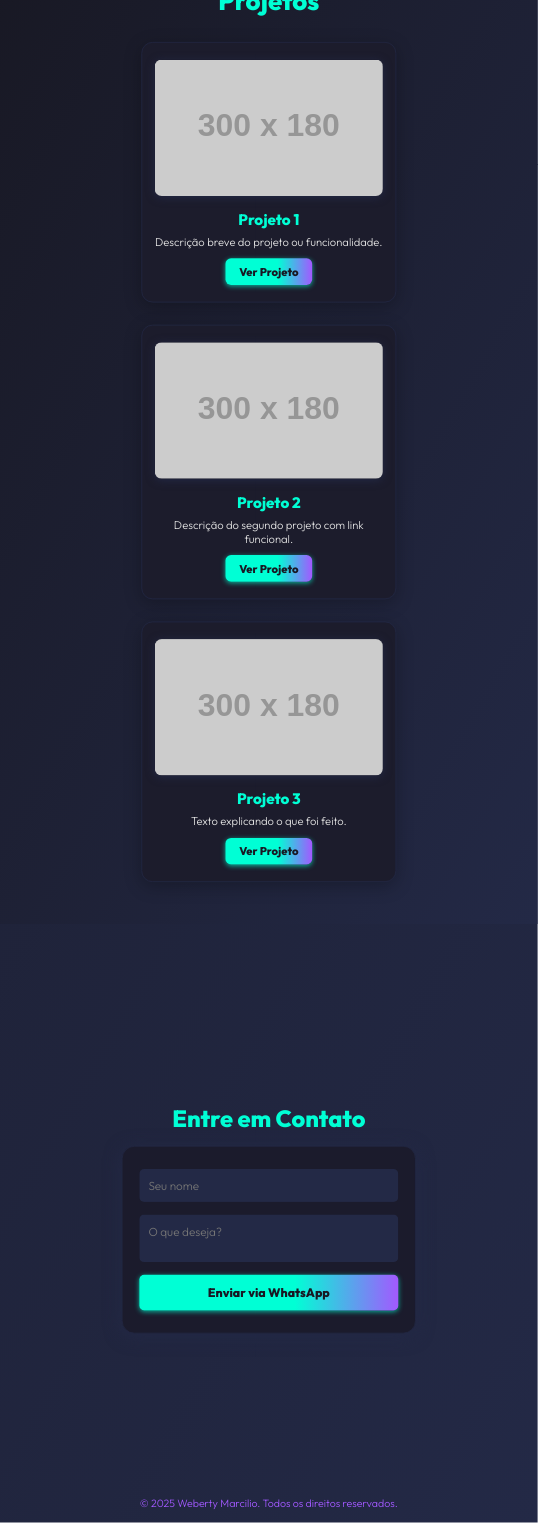
Repository: Wbyh7z/meu-portfolio
Page: src/index.html
The author's editor kept a copy of each file at every save. The page is drawn from the files as they stood at one save, then again after the next save.
The browser window is 768 px wide. The pictures show the part of the page from y = 2750 to 4990 px (the page is 4925 px tall before and 4990 px after), at 70% of full size.

Above is the page before, as saved 2025-08-11 00:14:28.

### src/index.html
<!DOCTYPE html>
<html lang="pt-br">
<head>
  <meta charset="UTF-8" />
  <meta name="viewport" content="width=device-width, initial-scale=1.0"/>
  <title>Portfólio - Freelancer Metzad</title>
  <meta name="description" content="Portfólio de Weberty Marcilio, desenvolvedor front-end. Veja projetos, habilidades e entre em contato.">
  <link rel="icon" href="../img/IMG_1729.JPG" type="image/jpeg">
  <link rel="stylesheet" href="style.css" />
  <link href="https://fonts.googleapis.com/css2?family=Outfit:wght@300;600;800&display=swap" rel="stylesheet">
</head>
<body>
  <nav class="navbar">
    <div class="menu-toggle" id="menu-toggle" aria-label="Abrir menu" tabindex="0">
      <span></span>
      <span></span>
      <span></span>
    </div>
    <ul id="nav-list">
      <li><a href="#inicio" class="active" aria-label="Ir para início">Início</a></li>
      <li><a href="#sobre" aria-label="Ir para sobre mim">Sobre Mim</a></li>
      <li><a href="#habilidades" aria-label="Ir para habilidades">Habilidades</a></li>
      <li><a href="#projetos" aria-label="Ir para projetos">Projetos</a></li>
      <li><a href="#contato" aria-label="Ir para contato">Contato</a></li>
    </ul>
  </nav>

  <section id="inicio" class="inicio">
    <div class="container">
      <img src="../img/IMG_1729.JPG" alt="Foto de Weberty Marcilio" class="foto" />
      <h1 class="nome">Weberty Marcilio</h1>
      <p class="profissao">Desenvolvedor Front-End</p>
    </div>
  </section>

  <section id="sobre" class="sobre">
    <div class="glass-box">
      <h2>Sobre Mim</h2>
      <p>
        Sou um desenvolvedor front-end apaixonado por criar interfaces bonitas, responsivas e modernas.
        Gosto de transformar ideias em código com atenção aos detalhes e uma boa dose de criatividade.
      </p>
    </div>
  </section>

  <section id="habilidades" class="habilidades">
    <h2>Habilidades</h2>
    <div class="skills">
      <span>HTML</span>
      <span>CSS</span>
      <span>JavaScript</span>
      <span>React</span>
      <span>Figma</span>
      <span>JQuery</span>
      <span>Bootstrap</span>
      <span>ES6+</span>
      <span>Vue.js</span>
      <span>Angular</span>
      <span>TypeScript</span>
      <span>Python</span>
    </div>
  </section>

  <section id="projetos">
    <h2>Projetos</h2>
    <div class="projetos-container">
      <div class="projeto">
        <img src="https://via.placeholder.com/300x180" alt="Imagem do Projeto 1">
        <h3>Projeto 1</h3>
        <p>Descrição breve do projeto ou funcionalidade.</p>
        <a href="https://github.com/seuusuario/projeto1" target="_blank" rel="noopener">Ver Projeto</a>
      </div>
      <div class="projeto">
        <img src="https://via.placeholder.com/300x180" alt="Imagem do Projeto 2">
        <h3>Projeto 2</h3>
        <p>Descrição do segundo projeto com link funcional.</p>
        <a href="https://github.com/seuusuario/projeto2" target="_blank" rel="noopener">Ver Projeto</a>
      </div>
      <div class="projeto">
        <img src="https://via.placeholder.com/300x180" alt="Imagem do Projeto 3">
        <h3>Projeto 3</h3>
        <p>Texto explicando o que foi feito.</p>
        <a href="https://github.com/seuusuario/projeto3" target="_blank" rel="noopener">Ver Projeto</a>
      </div>
    </div>
  </section>

  <section id="contato" class="contato">
    <h2>Entre em Contato</h2>
    <form class="formulario-contato" onsubmit="EnviarWhatsApp(event)">
      <label for="nome" style="display:none;">Nome</label>
      <input type="text" id="nome" placeholder="Seu nome" required>
      <label for="mensagem" style="display:none;">Mensagem</label>
      <textarea id="mensagem" placeholder="O que deseja?" required></textarea>
      <button type="submit">Enviar via WhatsApp</button>
      <div id="msg-sucesso" style="display:none;color:#00ffd5;margin-top:10px;font-weight:bold;">
        Mensagem enviada pelo WhatsApp!
      </div>
    </form>
  </section>

  <footer style="text-align:center;padding:18px 0;color:#a259ff;font-size:0.95rem;">
    © 2025 Weberty Marcilio. Todos os direitos reservados.
  </footer>

  <script>
    // Menu mobile
    const menuToggle = document.getElementById('menu-toggle');
    const navList = document.getElementById('nav-list');
    menuToggle.addEventListener('click', () => {
      navList.classList.toggle('open');
    });
    menuToggle.addEventListener('keypress', (e) => {
      if (e.key === 'Enter') navList.classList.toggle('open');
    });

    // Navbar ativo
    const links = document.querySelectorAll('.navbar a');
    links.forEach(link => {
      link.addEventListener('click', function() {
        links.forEach(l => l.classList.remove('active'));
        this.classList.add('active');
        if(window.innerWidth <= 768) navList.classList.remove('open');
      });
    });

    // WhatsApp com feedback visual
    function EnviarWhatsApp(event) {
      event.preventDefault();
      const nome = document.getElementById("nome").value;
      const mensagem = document.getElementById("mensagem").value;
      const telefone = "5563992388347";
      const texto = `Olá, meu nome é ${nome}, ${mensagem}`;
      const msgFormatada = encodeURIComponent(texto);
      const url = `https://wa.me/${telefone}?text=${msgFormatada}`;
      window.open(url, "_blank");
      document.getElementById("msg-sucesso").style.display = "block";
      setTimeout(() => {
        document.getElementById("msg-sucesso").style.display = "none";
      }, 3000);
    }
  </script>
</body>
</html>

### src/style.css
* {
  margin: 0;
  padding: 0;
  box-sizing: border-box;
  font-family: 'Outfit', sans-serif;
}

body {
  min-height: 100vh;
  background: linear-gradient(120deg, #181823 0%, #232946 100%);
  color: #fff;
  scroll-behavior: smooth;
  position: relative;
  overflow-x: hidden;
}

/* ANIMAÇÃO DE FUNDO */
body::before {
  content: "";
  position: fixed;
  top: -100px;
  left: -100px;
  width: 120vw;
  height: 120vh;
  background: radial-gradient(circle at 20% 20%, #00ffd5 0%, transparent 60%),
              radial-gradient(circle at 80% 80%, #a259ff 0%, transparent 60%);
  opacity: 0.08;
  z-index: 0;
  pointer-events: none;
}

/* NAVBAR */
.navbar {
  position: fixed;
  top: 0;
  width: 100%;
  background: rgba(17, 17, 17, 0.95);
  display: flex;
  justify-content: center;
  z-index: 1000;
  box-shadow: 0 2px 16px rgba(0,0,0,0.4);
  transition: background 0.3s;
}

.navbar ul {
  display: flex;
  list-style: none;
  padding: 1rem 2rem;
  gap: 2.5rem;
}

.navbar a {
  color: #fff;
  text-decoration: none;
  font-weight: 600;
  font-size: 1.1rem;
  letter-spacing: 1px;
  padding: 8px 18px;
  border-radius: 8px;
  transition: color 0.3s, background 0.3s;
}

.navbar a:hover,
.navbar a.active {
  color: #181823;
  background: #00ffd5;
}

/* MENU HAMBURGUER MOBILE */
.menu-toggle {
  display: none;
  flex-direction: column;
  justify-content: center;
  cursor: pointer;
  margin-left: 1rem;
}

.menu-toggle span {
  width: 28px;
  height: 3px;
  background: #fff;
  margin: 4px 0;
  border-radius: 2px;
  transition: 0.4s;
}

/* SECTIONS */
section {
  padding: 120px 20px 60px 20px;
  min-height: 100vh;
  display: flex;
  flex-direction: column;
  justify-content: center;
  align-items: center;
  text-align: center;
  position: relative;
  z-index: 1;
}

/* INÍCIO */
.inicio .foto {
  width: 170px;
  height: 170px;
  border-radius: 50%;
  object-fit: cover;
  border: 6px solid #00ffd5;
  box-shadow: 0 0 40px #00ffd5, 0 0 0 10px #232946;
  animation: float 3s ease-in-out infinite;
  margin-bottom: 18px;
}

@keyframes float {
  0% { transform: translateY(0);}
  50% { transform: translateY(-12px);}
  100% { transform: translateY(0);}
}

.inicio .nome {
  margin-top: 10px;
  font-size: 2.7rem;
  font-weight: 800;
  letter-spacing: 1px;
  color: #00ffd5;
  text-shadow: 0 2px 12px #181823;
}

.inicio .profissao {
  color: #a259ff;
  font-size: 1.3rem;
  margin-top: 8px;
  font-weight: 600;
  letter-spacing: 1px;
}

/* SOBRE */
.sobre .glass-box {
  background: rgba(255, 255, 255, 0.07);
  backdrop-filter: blur(12px);
  border-radius: 22px;
  padding: 48px 32px;
  box-shadow: 0 0 32px rgba(128, 0, 255, 0.25);
  max-width: 700px;
  width: 95%;
  border: 1.5px solid rgba(255, 255, 255, 0.13);
  margin-top: 24px;
  transition: box-shadow 0.4s, transform 0.4s;
}

.sobre .glass-box:hover {
  box-shadow: 0 0 48px rgba(170, 0, 255, 0.5);
  transform: scale(1.015);
}

.sobre .glass-box h2 {
  color: #00ffd5;
  margin-bottom: 18px;
  font-size: 2.1rem;
}

.sobre .glass-box p {
  font-size: 1.15rem;
  line-height: 1.7;
  color: #e0e0e0;
}

/* HABILIDADES */
.habilidades h2 {
  color: #00ffd5;
  font-size: 2.1rem;
  margin-bottom: 18px;
}

.skills {
  display: flex;
  flex-wrap: wrap;
  justify-content: center;
  margin-top: 18px;
  gap: 1rem;
}

.skills span {
  background: linear-gradient(90deg, #00ffd5 60%, #a259ff 100%);
  color: #181823;
  padding: 12px 26px;
  border-radius: 22px;
  font-weight: bold;
  font-size: 1.05rem;
  box-shadow: 0 2px 8px rgba(0,255,213,0.08);
  margin-bottom: 6px;
  transition: transform 0.2s, box-shadow 0.2s;
}

.skills span:hover {
  transform: scale(1.08) rotate(-2deg);
  box-shadow: 0 4px 16px #00ffd5;
}

/* PROJETOS */
#projetos {
  background: linear-gradient(120deg, #181823 0%, #232946 100%);
  color: #fff;
  text-align: center;
}

#projetos h2 {
  font-size: 2.3rem;
  margin-bottom: 36px;
  color: #00ffd5;
}

.projetos-container {
  display: flex;
  flex-wrap: wrap;
  justify-content: center;
  gap: 32px;
}

.projeto {
  background: rgba(28, 28, 44, 0.98);
  border-radius: 16px;
  padding: 24px 18px;
  width: 320px;
  transition: transform 0.3s, box-shadow 0.3s;
  box-shadow: 0 6px 24px rgba(0,0,0,0.25);
  text-align: center;
  border: 1.5px solid #232946;
  position: relative;
  overflow: hidden;
}

.projeto:hover {
  transform: translateY(-8px) scale(1.04);
  box-shadow: 0 12px 32px #00ffd5aa;
  border-color: #00ffd5;
}

.projeto img {
  width: 100%;
  border-radius: 10px;
  margin-bottom: 15px;
  box-shadow: 0 2px 12px #232946;
}

.projeto h3 {
  font-size: 1.35rem;
  margin-bottom: 8px;
  color: #00ffd5;
}

.projeto p {
  font-size: 1rem;
  margin-bottom: 14px;
  color: #e0e0e0;
}

.projeto a {
  background: linear-gradient(90deg, #00ffd5 60%, #a259ff 100%);
  color: #181823;
  padding: 9px 20px;
  border-radius: 8px;
  text-decoration: none;
  font-weight: bold;
  font-size: 1rem;
  transition: background 0.3s, color 0.3s;
  box-shadow: 0 2px 8px #00ffd5aa;
  display: inline-block;
}

.projeto a:hover {
  background: #181823;
  color: #00ffd5;
  border: 1.5px solid #00ffd5;
}

/* CONTATO */
.contato h2 {
  color: #00ffd5;
  font-size: 2.1rem;
  margin-bottom: 18px;
}

.formulario-contato {
  display: flex;
  flex-direction: column;
  gap: 18px;
  width: 95%;
  max-width: 420px;
  margin: 0 auto;
  background: rgba(28, 28, 44, 0.98);
  padding: 32px 24px;
  border-radius: 18px;
  box-shadow: 0 4px 24px #232946;
  border: 1.5px solid #232946;
}

.formulario-contato input,
.formulario-contato textarea {
  padding: 12px;
  border: none;
  border-radius: 7px;
  font-size: 1.05rem;
  background: #232946;
  color: #fff;
  resize: none;
  outline: none;
  transition: box-shadow 0.2s, border 0.2s;
  border: 1.5px solid transparent;
}

.formulario-contato input:focus,
.formulario-contato textarea:focus {
  border: 1.5px solid #00ffd5;
  box-shadow: 0 0 8px #00ffd5;
}

.formulario-contato button {
  padding: 14px;
  background: linear-gradient(90deg, #00ffd5 60%, #a259ff 100%);
  border: none;
  border-radius: 7px;
  font-weight: bold;
  color: #181823;
  font-size: 1.1rem;
  cursor: pointer;
  transition: background 0.3s, color 0.3s;
  box-shadow: 0 2px 8px #00ffd5aa;
}

.formulario-contato button:hover {
  background: #181823;
  color: #00ffd5;
  border: 1.5px solid #00ffd5;
}

/* RESPONSIVO */
@media (max-width: 900px) {
  .projetos-container {
    flex-direction: column;
    align-items: center;
  }
  .projeto {
    width: 95%;
    max-width: 400px;
  }
}

@media (max-width: 768px) {
  .navbar ul {
    flex-direction: column;
    background: #111;
    position: absolute;
    top: 60px;
    left: 0;
    width: 100vw;
    display: none;
    z-index: 1001;
    padding: 1rem 0;
    gap: 1.5rem;
  }
  .navbar ul.open {
    display: flex;
  }
  .menu-toggle {
    display: flex;
    position: absolute;
    right: 24px;
    top: 18px;
    z-index: 1002;
  }
  section {
    padding-top: 100px;
  }
  .inicio .nome {
    font-size: 2rem;
  }
  .skills {
    flex-direction: column;
  }
}

@media (max-width: 500px) {
  .inicio .foto {
    width: 120px;
    height: 120px;
  }
  .projeto {
    padding: 14px 6px;
  }
  .formulario-contato {
    padding: 18px 6px;
  }
}

After the next save:
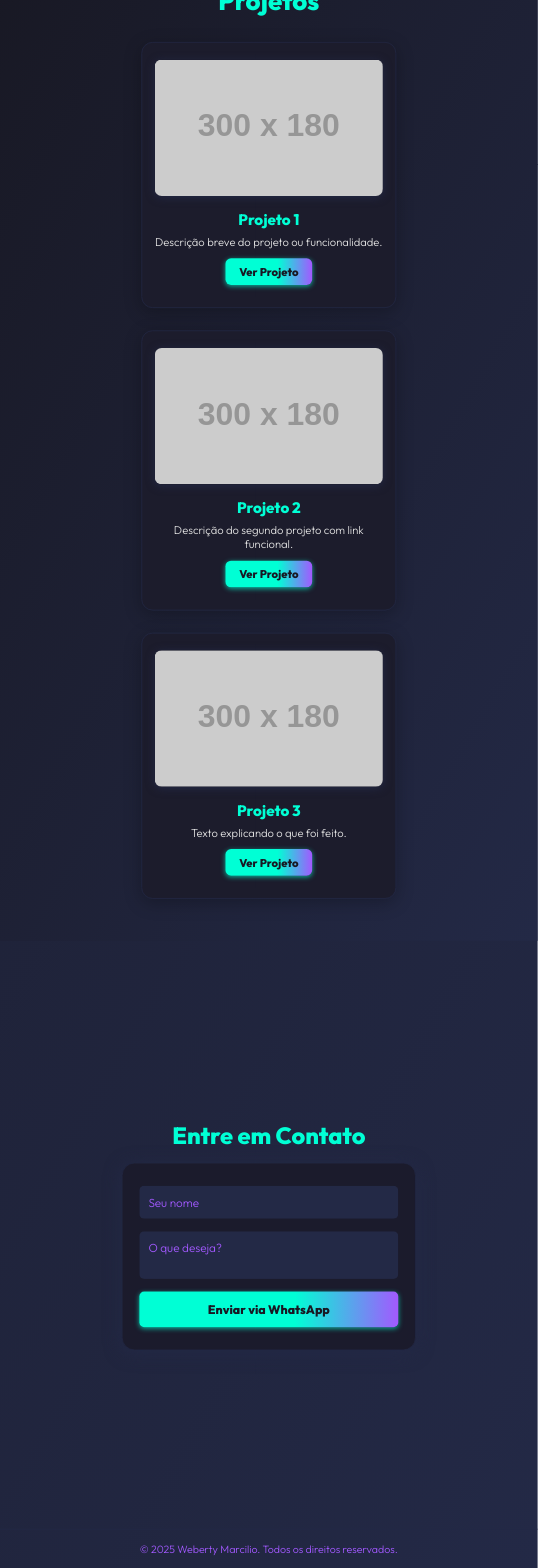
Saved 3 min 7 s later.
--- a/src/style.css
+++ b/src/style.css
@@ -57,13 +57,18 @@ body::before {
   letter-spacing: 1px;
   padding: 8px 18px;
   border-radius: 8px;
-  transition: color 0.3s, background 0.3s;
+  transition: color 0.3s, background 0.3s, outline 0.2s;
 }
 
 .navbar a:hover,
 .navbar a.active {
   color: #181823;
   background: #00ffd5;
+}
+
+.navbar a:focus {
+  outline: 2px solid #00ffd5;
+  outline-offset: 2px;
 }
 
 /* MENU HAMBURGUER MOBILE */
@@ -95,6 +100,7 @@ section {
   text-align: center;
   position: relative;
   z-index: 1;
+  transition: box-shadow 0.3s, transform 0.3s, background 0.3s, color 0.3s;
 }
 
 /* INÍCIO */
@@ -107,6 +113,7 @@ section {
   box-shadow: 0 0 40px #00ffd5, 0 0 0 10px #232946;
   animation: float 3s ease-in-out infinite;
   margin-bottom: 18px;
+  transition: box-shadow 0.3s, border 0.3s;
 }
 
 @keyframes float {
@@ -143,12 +150,13 @@ section {
   width: 95%;
   border: 1.5px solid rgba(255, 255, 255, 0.13);
   margin-top: 24px;
-  transition: box-shadow 0.4s, transform 0.4s;
+  transition: box-shadow 0.4s, transform 0.4s, background 0.3s;
 }
 
 .sobre .glass-box:hover {
   box-shadow: 0 0 48px rgba(170, 0, 255, 0.5);
   transform: scale(1.015);
+  background: rgba(255,255,255,0.10);
 }
 
 .sobre .glass-box h2 {
@@ -187,12 +195,16 @@ section {
   font-size: 1.05rem;
   box-shadow: 0 2px 8px rgba(0,255,213,0.08);
   margin-bottom: 6px;
-  transition: transform 0.2s, box-shadow 0.2s;
-}
-
-.skills span:hover {
+  transition: transform 0.2s, box-shadow 0.2s, background 0.3s, color 0.3s;
+}
+
+.skills span:hover,
+.skills span:focus {
   transform: scale(1.08) rotate(-2deg);
   box-shadow: 0 4px 16px #00ffd5;
+  background: linear-gradient(90deg, #a259ff 60%, #00ffd5 100%);
+  color: #fff;
+  outline: 2px solid #00ffd5;
 }
 
 /* PROJETOS */
@@ -220,7 +232,7 @@ section {
   border-radius: 16px;
   padding: 24px 18px;
   width: 320px;
-  transition: transform 0.3s, box-shadow 0.3s;
+  transition: transform 0.3s, box-shadow 0.3s, border 0.3s;
   box-shadow: 0 6px 24px rgba(0,0,0,0.25);
   text-align: center;
   border: 1.5px solid #232946;
@@ -228,7 +240,8 @@ section {
   overflow: hidden;
 }
 
-.projeto:hover {
+.projeto:hover,
+.projeto:focus-within {
   transform: translateY(-8px) scale(1.04);
   box-shadow: 0 12px 32px #00ffd5aa;
   border-color: #00ffd5;
@@ -239,6 +252,7 @@ section {
   border-radius: 10px;
   margin-bottom: 15px;
   box-shadow: 0 2px 12px #232946;
+  transition: box-shadow 0.3s;
 }
 
 .projeto h3 {
@@ -261,15 +275,18 @@ section {
   text-decoration: none;
   font-weight: bold;
   font-size: 1rem;
-  transition: background 0.3s, color 0.3s;
+  transition: background 0.3s, color 0.3s, border 0.3s;
   box-shadow: 0 2px 8px #00ffd5aa;
   display: inline-block;
-}
-
-.projeto a:hover {
+  margin-bottom: 8px;
+}
+
+.projeto a:hover,
+.projeto a:focus {
   background: #181823;
   color: #00ffd5;
   border: 1.5px solid #00ffd5;
+  outline: 2px solid #00ffd5;
 }
 
 /* CONTATO */
@@ -311,6 +328,7 @@ section {
 .formulario-contato textarea:focus {
   border: 1.5px solid #00ffd5;
   box-shadow: 0 0 8px #00ffd5;
+  outline: 2px solid #00ffd5;
 }
 
 .formulario-contato button {
@@ -322,14 +340,38 @@ section {
   color: #181823;
   font-size: 1.1rem;
   cursor: pointer;
-  transition: background 0.3s, color 0.3s;
+  transition: background 0.3s, color 0.3s, border 0.3s;
   box-shadow: 0 2px 8px #00ffd5aa;
 }
 
-.formulario-contato button:hover {
+.formulario-contato button:hover,
+.formulario-contato button:focus {
   background: #181823;
   color: #00ffd5;
   border: 1.5px solid #00ffd5;
+  outline: 2px solid #00ffd5;
+}
+
+#msg-sucesso {
+  transition: opacity 0.4s;
+  opacity: 1;
+}
+
+/* Placeholders com contraste */
+::placeholder {
+  color: #a259ff;
+  opacity: 1;
+}
+
+/* FOOTER */
+footer {
+  background: transparent;
+  border-top: 1px solid #232946;
+  margin-top: 40px;
+  text-align: center;
+  padding: 18px 0;
+  color: #a259ff;
+  font-size: 0.95rem;
 }
 
 /* RESPONSIVO */
@@ -353,7 +395,7 @@ section {
     left: 0;
     width: 100vw;
     display: none;
-    z-index: 1001;
+    z-index: 2000;
     padding: 1rem 0;
     gap: 1.5rem;
   }
@@ -365,7 +407,7 @@ section {
     position: absolute;
     right: 24px;
     top: 18px;
-    z-index: 1002;
+    z-index: 2001;
   }
   section {
     padding-top: 100px;
